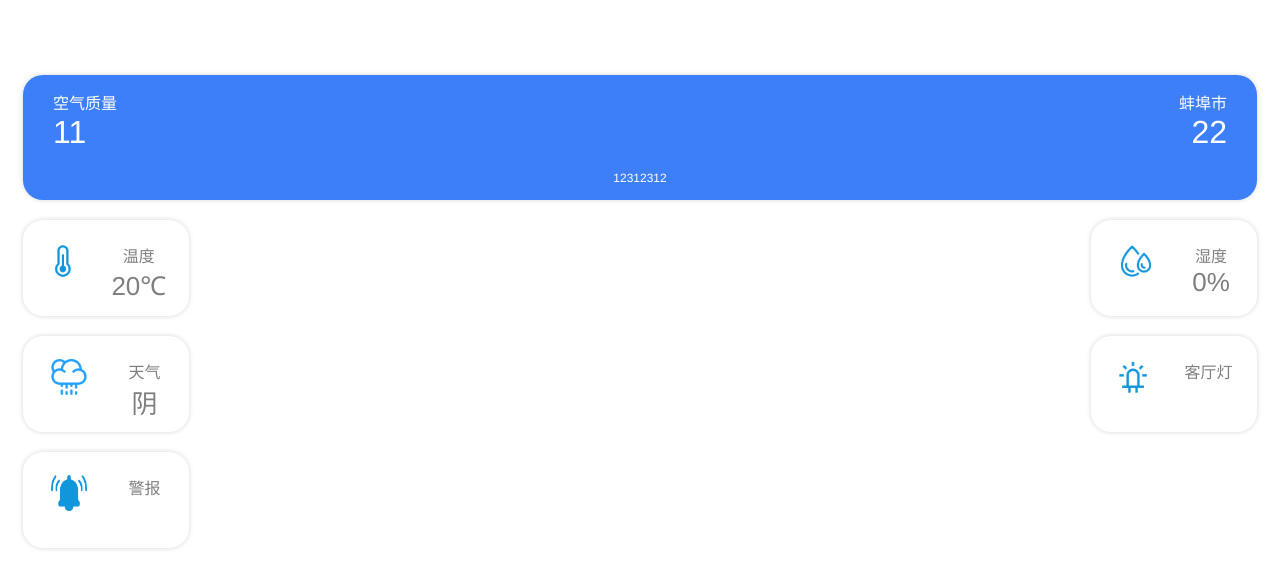
Repository: MashiroQi/MCU
Page: / (app in STM32/smart_house/WebCode/)
These files come from the project's save history. The page is drawn as it stood at one moment and after the next save; the edit follows.
The browser window is 1280 px wide. The pictures show the whole page.
The project was rebuilt for these pictures with package versions that can differ from the ones it lists, and the page was loaded fresh each time. Also part of the build but not shown: STM32/smart_house/WebCode/vue.config.js.

Above is the page before, as saved 2023-01-03 10:12:32.

### STM32/smart_house/WebCode/index.html
<!DOCTYPE html>
<html>
  <head>
    <meta charset="utf-8">
    <meta name="viewport" content="width=device-width,initial-scale=1.0">
    <title>proj</title>
  </head>
  <body>
    <div id="app"></div>
    <!-- built files will be auto injected -->
  </body>
</html>

### STM32/smart_house/WebCode/src/main.js
// The Vue build version to load with the `import` command
// (runtime-only or standalone) has been set in webpack.base.conf with an alias.
import Vue from 'vue'
import App from './App'
import router from './router'
import switchcomponent from './components/switch.vue'

Vue.config.productionTip = false

Vue.component(switchcomponent.name,switchcomponent);
/* eslint-disable no-new */
new Vue({
  el: '#app',
  router,
  components: { App },
  template: '<App/>'
})

### STM32/smart_house/WebCode/src/App.vue
<template>
  <div id="app">
    <router-view />
  </div>
</template>

<script>
export default {
  name: "App",
};
</script>

<style>
#app {
  font-family: "Avenir", Helvetica, Arial, sans-serif;
  -webkit-font-smoothing: antialiased;
  -moz-osx-font-smoothing: grayscale;
  text-align: center;
  color: #2c3e50;
  margin-top: 60px;
}
</style>

### STM32/smart_house/WebCode/src/router/index.js
import Vue from 'vue'
import Router from 'vue-router'
import Client from '@/components/Client'
Vue.use(Router)

export default new Router({
  routes: [
    {
      path: '/',
      name: 'Client',
      component: Client
    }
  ]
})

### STM32/smart_house/WebCode/src/components/Client.vue
<template>
  <div class="wrapper">
    <div class="header-wrapper">
      <div class="header-title">
        <span>空气质量</span>
        <span>蚌埠市</span>
      </div>
      <div class="header-text">
        <span>11</span>
        <span>22</span>
      </div>
      <div class="weather-advice">12312312</div>
    </div>
    <div class="data-wrapper">
      <div class="data">
        <img class="data-logo" src="/static/images/temperature.png" />
        <div class="data-text">
          温度
          <div class="data-value">20℃</div>
        </div>
      </div>
      <div class="data">
        <img class="data-logo" src="/static/images/humirity.png" />
        <div class="data-text">
          湿度
          <div class="data-value">0%</div>
        </div>
      </div>
    </div>
    <div class="data-wrapper">
      <div class="data">
        <img class="data-logo" src="/static/images/weather.png" />
        <div class="data-text">
          天气
          <div class="data-value">阴</div>
        </div>
      </div>
      <div class="data">
        <img class="data-logo" src="/static/images/LED.png" />
        <div class="data-text">
          客厅灯
          <div class="data-value">
            <kl-switch :default="switchRule" v-model="isOk" @change="change" />
          </div>
        </div>
      </div>
    </div>
    <div class="data-wrapper">
      <div class="data">
        <img class="data-logo" src="/static/images/alarm.png" />
        <div class="data-text">
          警报
          <div class="data-value">
            <kl-switch :default="switchRule" v-model="isOk" @change="change" />
          </div>
        </div>
      </div>
    </div>
  </div>
</template>

<script>
export default {
  name: "Client",
  data() {
    return {
      msg: "aaaa",
    };
  },
};
</script>

<style lang="scss" scoped>
.wrapper {
  padding: 15px;
  .header-wrapper {
    background-color: #3d7ef9;
    border-radius: 20px;
    color: #fff;
    box-shadow: #d6d6d6 0px 0px 5px;
    padding: 15px 30px;
    .header-title {
      display: flex;
      justify-content: space-between;
    }
    .header-text {
      font-size: 32px;
      font-weight: 400;
      display: flex;
      justify-content: space-between;
    }
    .weather-advice {
      margin-top: 20px;
      font-size: 12px;
    }
  }
  .data-wrapper {
    margin-top: 20px;
    display: flex;
    justify-content: space-between;
    .data {
      background-color: #fff;
      width: 150px;
      height: 80px;
      border-radius: 20px;
      display: flex;
      justify-content: space-around;
      padding: 8px;
      box-shadow: #d6d6d6 0px 0px 5px;
      .data-logo {
        height: 36px;
        width: 36px;
        margin-top: 15px;
      }
      .data-text {
        margin-top: 15px;
        color: #7f7f7f;
        .data-value {
          font-size: 26px;
        }
      }
    }
  }
}
</style>

### STM32/smart_house/WebCode/src/components/switch.vue
<template>
  <div
    :class="['switchcomponent', disabled ? 'is-disabled' : '']"
    :style="{
      backgroundColor: isOk ? activeColor : inactiveColor,
      transform: `scale(${ratio})`,
    }"
    @click="switchVal"
  >
    <div
      class="switchcomponent-radio"
      :style="{ left: isOk ? '1px' : '22px' }"
    ></div>
  </div>
</template>

<script>
export default {
  name: "switchcomponent",
  props: {
    ratio: {
      type: Number,
      default: 1,
    },
    activeColor: {
      type: String,
      default: "#13ce66",
    },
    inactiveColor: {
      type: String,
      default: "#ff4949",
    },
    disabled: {
      type: Boolean,
      default: false,
    },
    default: {
      type: Array,
      default: [],
    },
    value: {
      type: String | Number | Boolean,
      require: true,
    },
  },
  data() {
    return {
      isOk: null,
      rules: [],
    };
  },
  watch: {
    value: {
      handler(val) {
        // 以下方式只需要在初始化执行即可
        if (this.default.length === 2 && this.default[0] !== this.default[1]) {
          this.rules = JSON.parse(JSON.stringify(this.default));
          let index = this.rules.findIndex((item) => item === val);
          switch (index) {
            case -1:
              this.rules = [true, false];
              break;
            case 0:
              this.isOk = true;
              break;
            case 1:
              this.isOk = false;
              break;
          }
        } else {
          this.rules = [true, false];
          this.value ? (this.isOk = true) : (this.isOk = false);
        }
      },
      immediate: true,
      deep: true,
    },
  },
  methods: {
    switchVal() {
      if (this.disabled) {
        return;
      }
      this.isOk = !this.isOk;
      this.$emit("input", this.isOk ? this.rules[0] : this.rules[1]);
      this.$emit("change", this.isOk ? this.rules[0] : this.rules[1]);
    },
  },
};
</script>

<style lang="scss" scoped>
.switchcomponent {
  cursor: pointer;
  width: 40px;
  height: 20px;
  border-radius: 10px;
  position: relative;

  .switchcomponent-radio {
    position: absolute;
    top: 50%;
    left: 1px;
    transform: translate(0, -50%);
    width: 16px;
    height: 16px;
    background-color: #fff;
    border-radius: 50%;
    transition: left 0.3s;
  }
}
.is-disabled {
  opacity: 0.6;
  cursor: not-allowed;
}
</style>

After the next save:
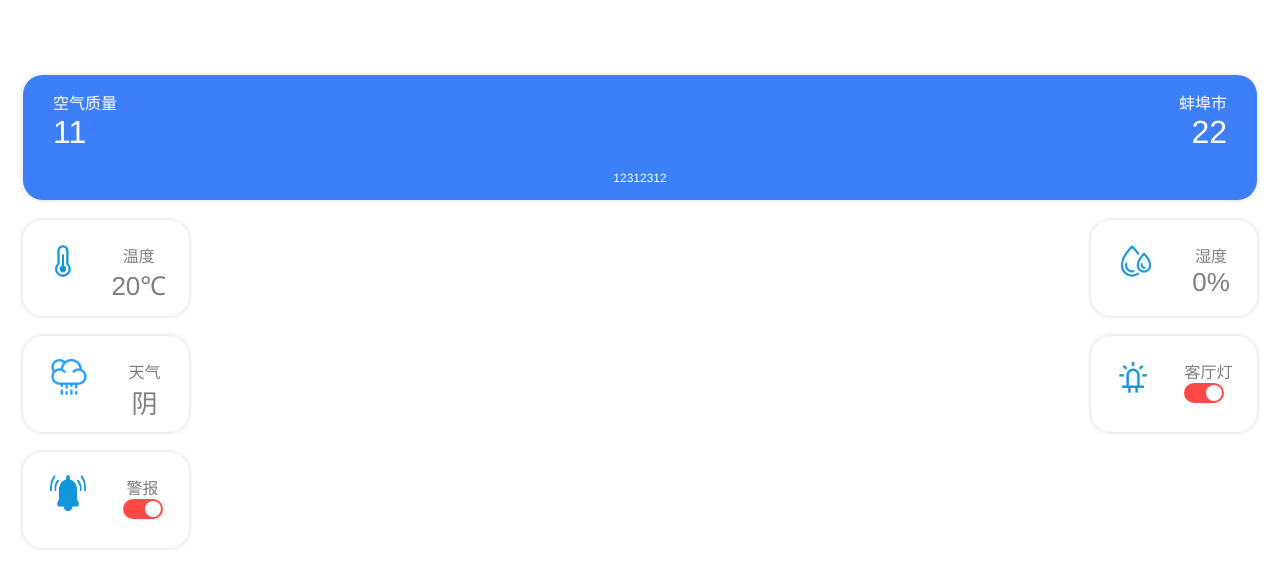
Saved 54 s later.
--- a/STM32/smart_house/WebCode/src/components/Client.vue
+++ b/STM32/smart_house/WebCode/src/components/Client.vue
@@ -40,7 +40,11 @@
         <div class="data-text">
           客厅灯
           <div class="data-value">
-            <kl-switch :default="switchRule" v-model="isOk" @change="change" />
+            <switchcomponent
+              default="switchRule"
+              v-model="isOk"
+              @change="change"
+            />
           </div>
         </div>
       </div>
@@ -51,7 +55,11 @@
         <div class="data-text">
           警报
           <div class="data-value">
-            <kl-switch :default="switchRule" v-model="isOk" @change="change" />
+            <switchcomponent
+              default="switchRule"
+              v-model="isOk"
+              @change="change"
+            />
           </div>
         </div>
       </div>
